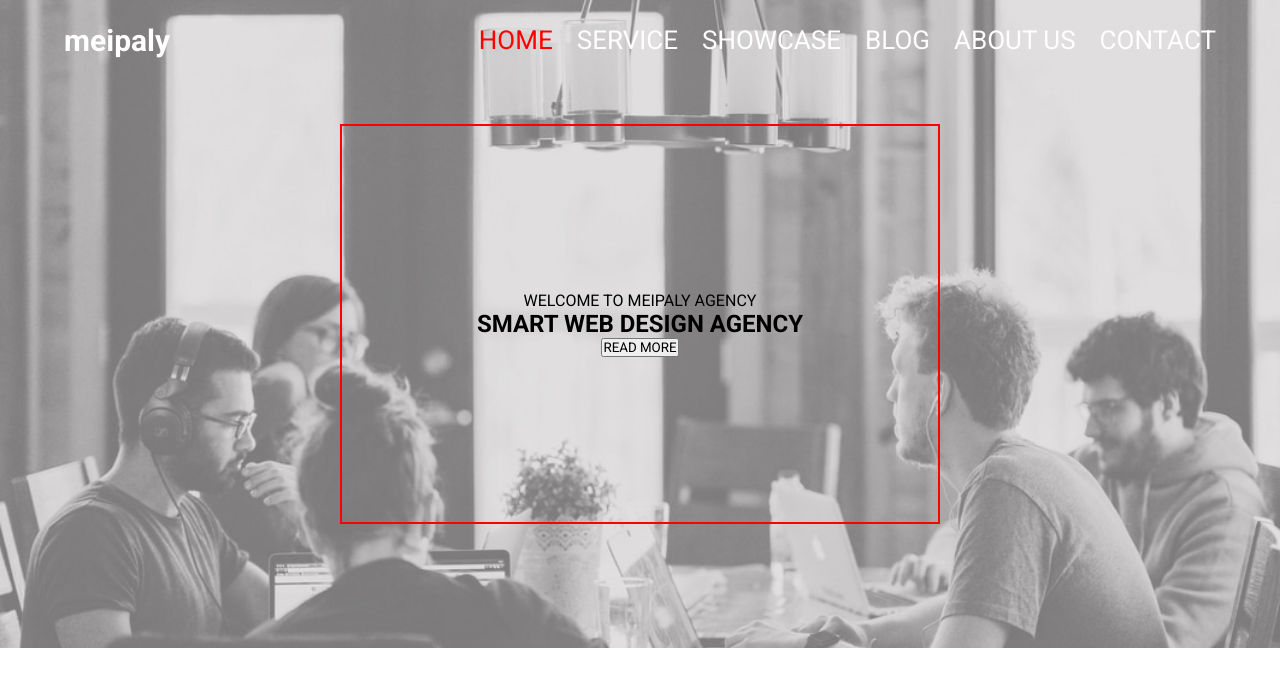
Repository: ducdatit2002/meipaly
Page: index.html
These files come from the project's save history. The page is drawn as it stood at one moment and after the next save; the edit follows.
The browser window is 1280 px wide. The pictures show the whole page.

Above is the page before, as saved 2023-07-10 20:27:54.

After the next save:
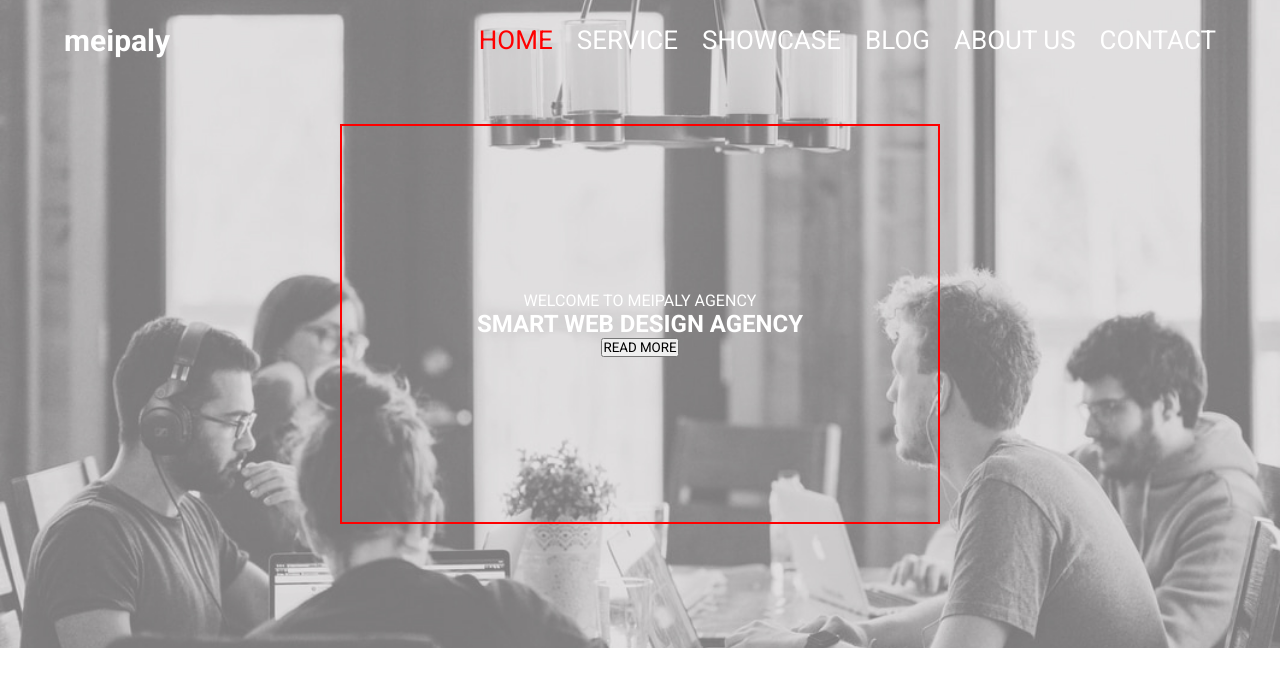
Saved 7 s later.
--- a/index.css
+++ b/index.css
@@ -60,7 +60,7 @@
     /* chuyển trục chính từ ngang sang dọc */
     justify-content: center;
     align-items: center;
-    color: w;
+    color: white;
 }
 .banner_container p{
     font-size: 25px;
